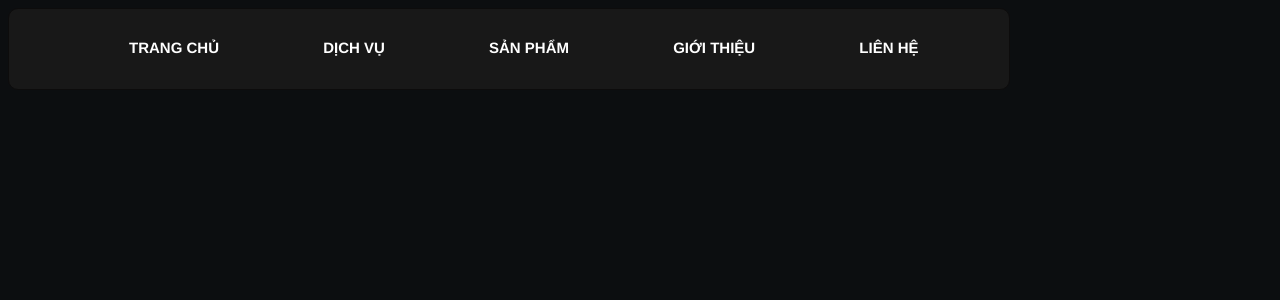
Repository: andytrn0/ElectronJS
Page: GUI/index.html
An editor plug-in stored every save of this project. The page is shown before and after the next save, followed by the edit.
The browser window is 1280 px wide. The pictures show the whole page.

Above is the page before, as saved 2024-10-15 14:51:34.

### GUI/index.html
<!DOCTYPE html>
<html>
  <head>
    <title>Trang chủ </title>
    <link rel="stylesheet" href="../CSS/index.css">
  </head>

<body>
  <div id="menu">
    <ul>
      <li><a href="#">Trang chủ</a></li>
      <li><a href="#">Dịch vụ</a></li>
      <li><a href="#">Sản phẩm</a></li>
      <li><a href="#">Giới thiệu</a></li>
      <li><a href="#">Liên hệ</a></li>
    </ul>
  </div>
</body>

</html>

### CSS/index.css
body
{
    background-color:rgb(12, 14, 16)
}
#menu
{
 width: 1000px;
 border: 1px solid #0d0c0c;
 height: 80px;
 background-color: #181818;
 font-family: Helvetica,Arial, sans-serif;
 font-size: 15px;
 font-weight: bold;
 border-radius: 10px;
 -moz-border-radius: 10px;
 -webkit-border-radius: 10px;
}
#menu ul
{
  margin-top:  30px;
}
#menu ul li {
    list-style-type: none;
    display: inline-block; /* Thay đổi từ inline sang inline-block */
    margin-left: 60px;
  }

#menu ul li a:link
{
   color: #FFF;
   text-decoration: none;
   text-transform: uppercase;
   padding-top: 0px;
   padding-bottom: 40px;
   padding-left: 20px;
   padding-right: 20px;
}

#menu ul li a:visited
{
   color: #FFF;
   text-decoration: none;
   text-transform: uppercase;
}

#menu ul li a {
    position: relative; /* Đặt vị trí tương đối để sử dụng cho phần tử giả (pseudo-element) */
    display: inline-block; /* Thay đổi thành inline-block để không chiếm toàn bộ chiều rộng */
    padding: 40px 20px; /* Đặt padding cho cả trên/bên dưới và trái/phải */
}
#menu ul li a:after {
    content: ''; /* Tạo ra một phần tử ảo */
    position: absolute;
    bottom: 20px; /* Đặt vị trí của gạch dưới ở dưới cùng */
    left: 0; /* Đặt từ bên trái */
    width: 100%; /* Độ dài ban đầu là 100% */
    height: 2px; /* Độ dày của đường gạch dưới */
    background: #FFF; /* Màu sắc của đường gạch dưới */
    -webkit-transform: scaleX(0); /* Ban đầu sẽ không hiển thị (thu nhỏ lại) */
    transform: scaleX(0);
    -webkit-transform-origin: right center; /* Điểm bắt đầu từ phải */
    transform-origin: right center;
    -webkit-transition: -webkit-transform .6s cubic-bezier(.19,1,.22,1); /* Hiệu ứng mở rộng */
    transition: -webkit-transform .6s cubic-bezier(.19,1,.22,1);
    transition: transform .6s cubic-bezier(.19,1,.22,1);
    transition: transform .6s cubic-bezier(.19,1,.22,1), -webkit-transform .6s cubic-bezier(.19,1,.22,1);
}

#menu ul li a:hover:after {
    -webkit-transform: scaleX(1); /* Khi hover, gạch dưới mở rộng 100% */
    transform: scaleX(1);
    -webkit-transform-origin: left center; /* Điểm bắt đầu thu lại từ trái */
    transform-origin: left center;
}

After the next save:
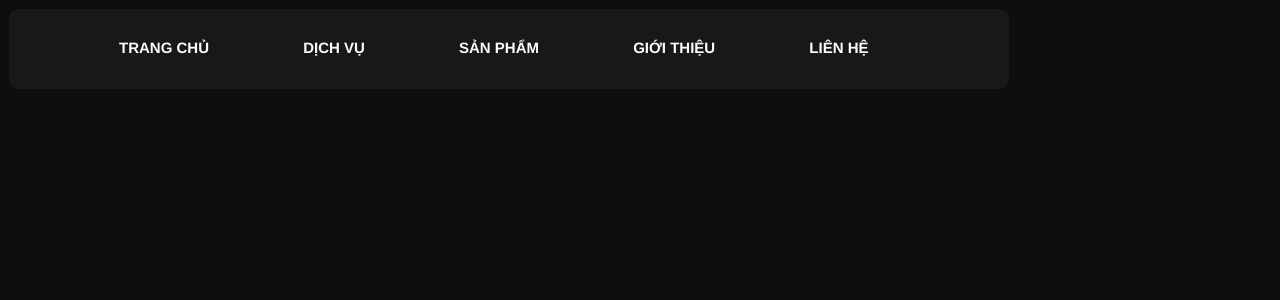
Saved 2 min 34 s later.
--- a/CSS/index.css
+++ b/CSS/index.css
@@ -22,7 +22,7 @@
 #menu ul li {
     list-style-type: none;
     display: inline-block; /* Thay đổi từ inline sang inline-block */
-    margin-left: 60px;
+    margin-left: 50px;
   }
 
 #menu ul li a:link
